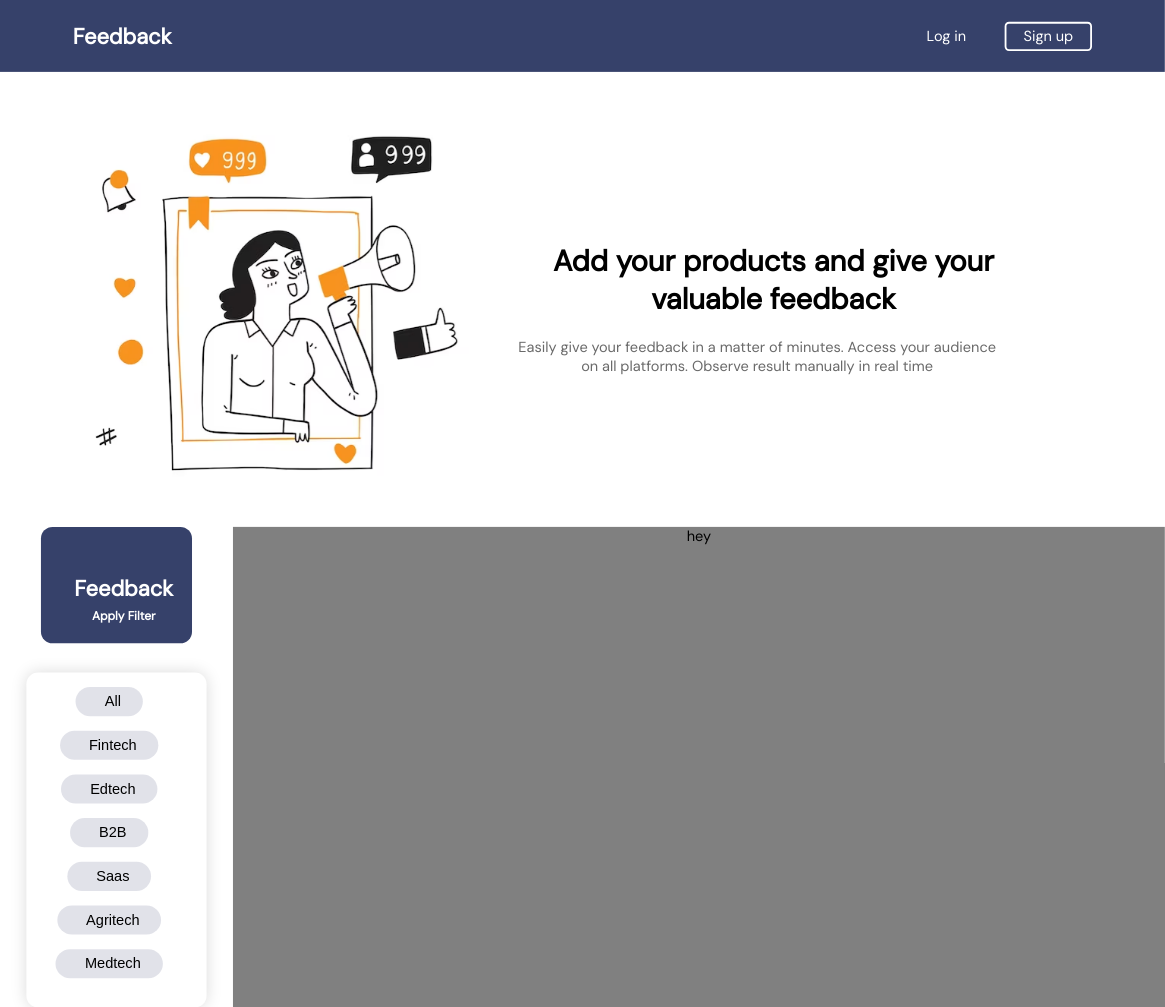
Repository: drumsmanku/final-evaluation-test
Page: / (app in client/)
The author's editor kept a copy of each file at every save. The page is drawn from the files as they stood at one save, then again after the next save.
The browser window is 1280 px wide. The pictures show the whole page, at 91% of full size.
The page's requests for data from a server got no answer. The project was rebuilt for these pictures with package versions that can differ from the ones it lists, and the page was loaded fresh each time. No one was signed in, and anything a server would have sent is missing.

Above is the page before, as saved 2023-07-29 11:42:11.

After the next save:
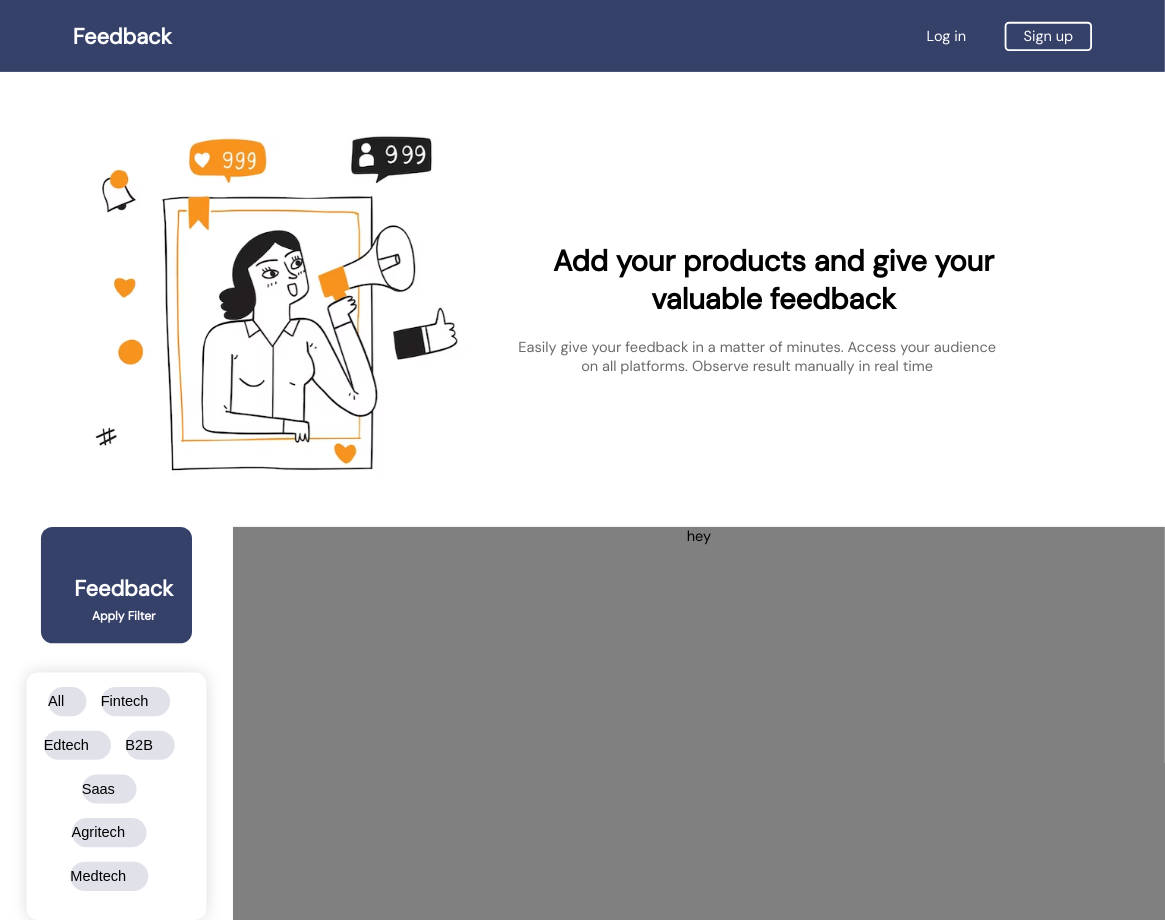
Saved 30 s later.
--- a/client/src/Components/MainPage.js
+++ b/client/src/Components/MainPage.js
@@ -6,7 +6,7 @@
 
 const buttonTitles=['All', 'Fintech', 'Edtech', 'B2B', 'Saas', 'Agritech', 'Medtech'];
 const buttonStyles={
-  padding:'0.2rem 1.5rem 0.2rem 2rem',
+  padding:'0.2rem 1.5rem 0.2rem 0rem',
   backgroundColor:'#36416A26',
   fontSize:'medium',
   borderRadius:'1rem',

After the save that followed:
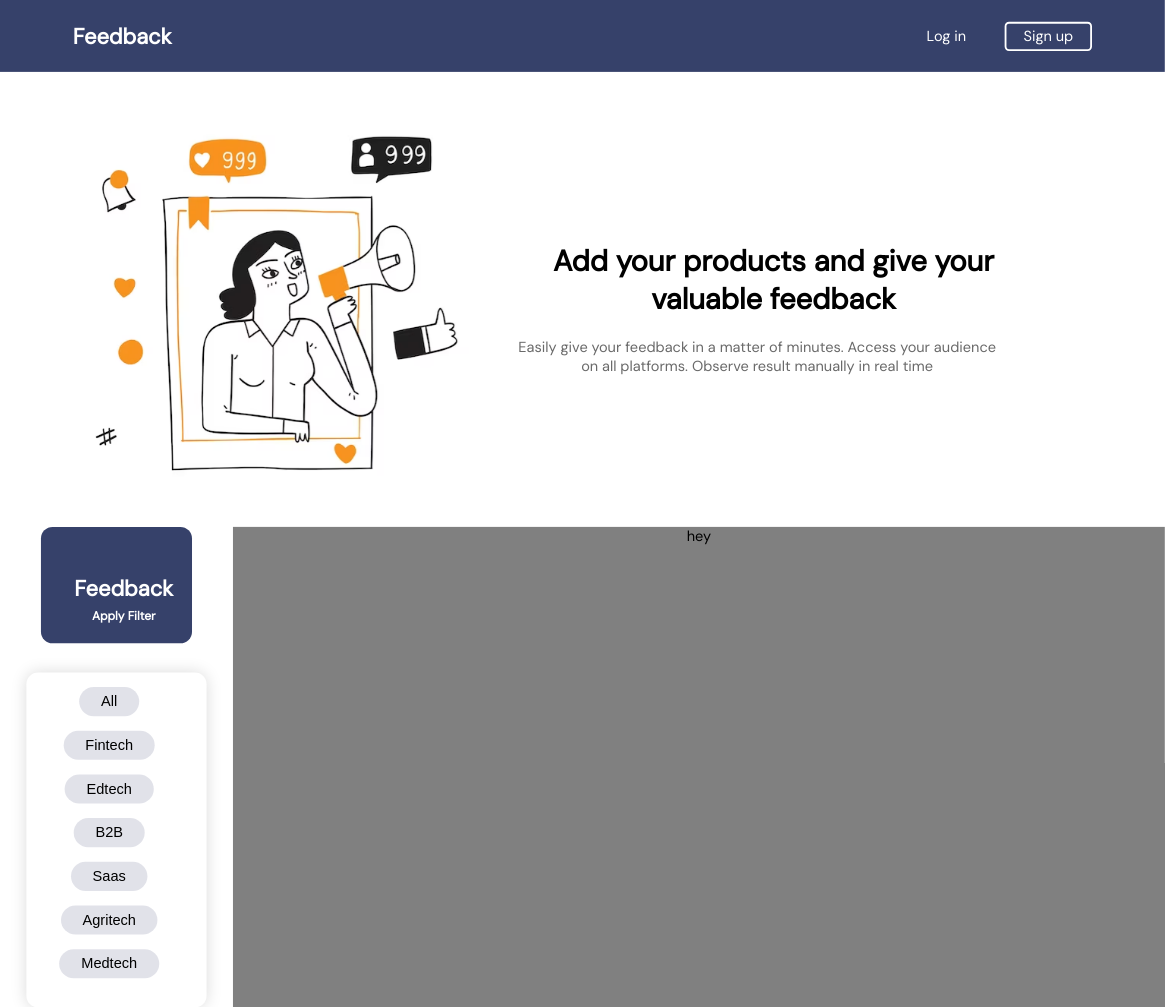
Saved 12 s later.
--- a/client/src/Components/MainPage.js
+++ b/client/src/Components/MainPage.js
@@ -6,7 +6,7 @@
 
 const buttonTitles=['All', 'Fintech', 'Edtech', 'B2B', 'Saas', 'Agritech', 'Medtech'];
 const buttonStyles={
-  padding:'0.2rem 1.5rem 0.2rem 0rem',
+  padding:'0.2rem 1.5rem 0.2rem 1.5rem',
   backgroundColor:'#36416A26',
   fontSize:'medium',
   borderRadius:'1rem',
